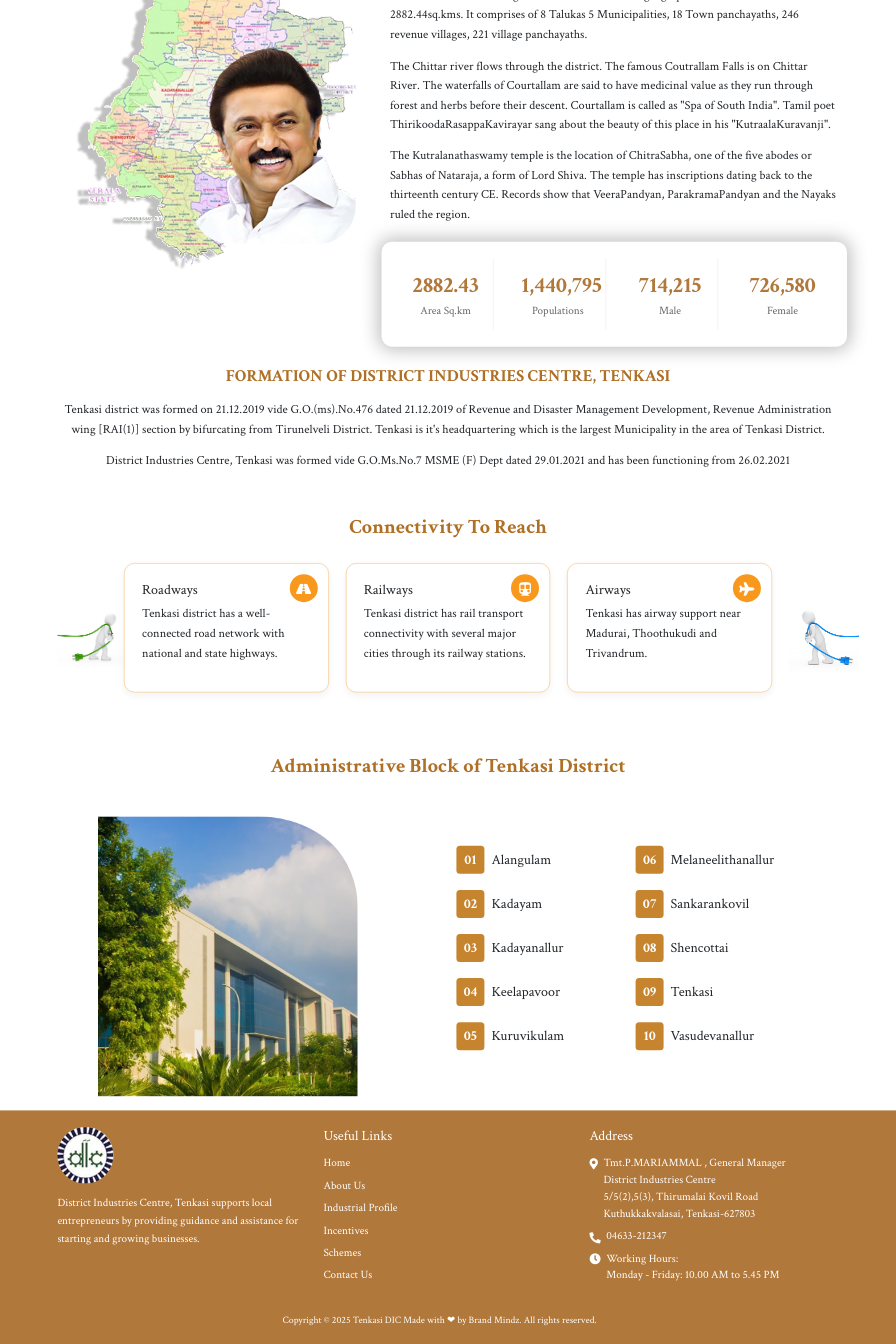
Repository: Brand-Mindz-Global-Technology-Pvt-Ltd/TenkasiDIC--FrontEnd
Page: About US/aboutus.html
An editor plug-in stored every save of this project. The page is shown before and after the next save, followed by the edit.
The browser window is 1280 px wide. The pictures show the part of the page from y = 696 to 2616 px (the page is 2616 px tall), at 70% of full size.

Above is the page before, as saved 2025-07-07 13:37:42.

After the next save:
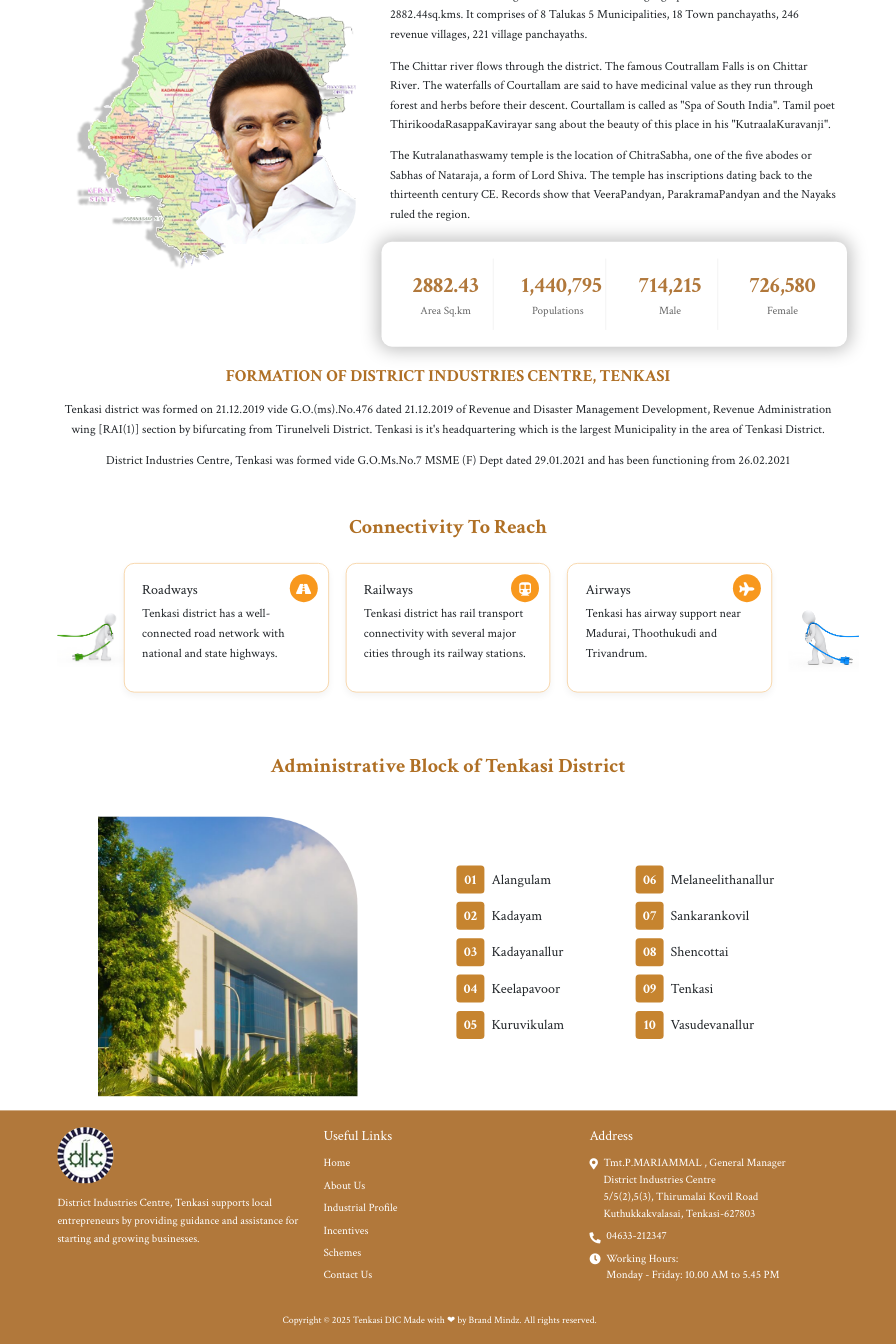
Saved 86 s later.
--- a/About US/aboutus.html
+++ b/About US/aboutus.html
@@ -172,25 +172,36 @@
       </div>
       <div class="col-lg-6">
         <div class="row">
-          <div class="col-md-6">
-            <ul class="admin-list" style="font-size: 1.2rem;">
-              <li><span class="admin-number">01</span> Alangulam</li>
-              <li><span class="admin-number">02</span> Kadayam</li>
-              <li><span class="admin-number">03</span> Kadayanallur</li>
-              <li><span class="admin-number">04</span> Keelapavoor</li>
-              <li><span class="admin-number">05</span> Kuruvikulam</li>
+          <div class="col-12 col-md-6 mb-3 mb-md-0">
+            <ul class="admin-list" style="font-size: 1.2rem; padding-left: 0;">
+              <li style="margin-bottom: 0.75rem;"><span class="admin-number">01</span> Alangulam</li>
+              <li style="margin-bottom: 0.75rem;"><span class="admin-number">02</span> Kadayam</li>
+              <li style="margin-bottom: 0.75rem;"><span class="admin-number">03</span> Kadayanallur</li>
+              <li style="margin-bottom: 0.75rem;"><span class="admin-number">04</span> Keelapavoor</li>
+              <li style="margin-bottom: 0.75rem;"><span class="admin-number">05</span> Kuruvikulam</li>
             </ul>
           </div>
-          <div class="col-md-6 mt-3 mt-md-0">
-            <ul class="admin-list" style="font-size: 1.2rem;">
-              <li><span class="admin-number">06</span> Melaneelithanallur</li>
-              <li><span class="admin-number">07</span> Sankarankovil</li>
-              <li><span class="admin-number">08</span> Shencottai</li>
-              <li><span class="admin-number">09</span> Tenkasi</li>
-              <li><span class="admin-number">10</span> Vasudevanallur</li>
+          <div class="col-12 col-md-6">
+            <ul class="admin-list" style="font-size: 1.2rem; padding-left: 0;">
+              <li style="margin-bottom: 0.75rem;"><span class="admin-number">06</span> Melaneelithanallur</li>
+              <li style="margin-bottom: 0.75rem;"><span class="admin-number">07</span> Sankarankovil</li>
+              <li style="margin-bottom: 0.75rem;"><span class="admin-number">08</span> Shencottai</li>
+              <li style="margin-bottom: 0.75rem;"><span class="admin-number">09</span> Tenkasi</li>
+              <li style="margin-bottom: 0.75rem;"><span class="admin-number">10</span> Vasudevanallur</li>
             </ul>
           </div>
         </div>
+        <style>
+          @media (max-width: 767.98px) {
+            .admin-list {
+              margin-bottom: 0;
+            }
+            .admin-list li {
+              margin-bottom: 0.75rem !important;
+              padding-left: 0 !important;
+            }
+          }
+        </style>
       </div>
     </div>
   </div>
